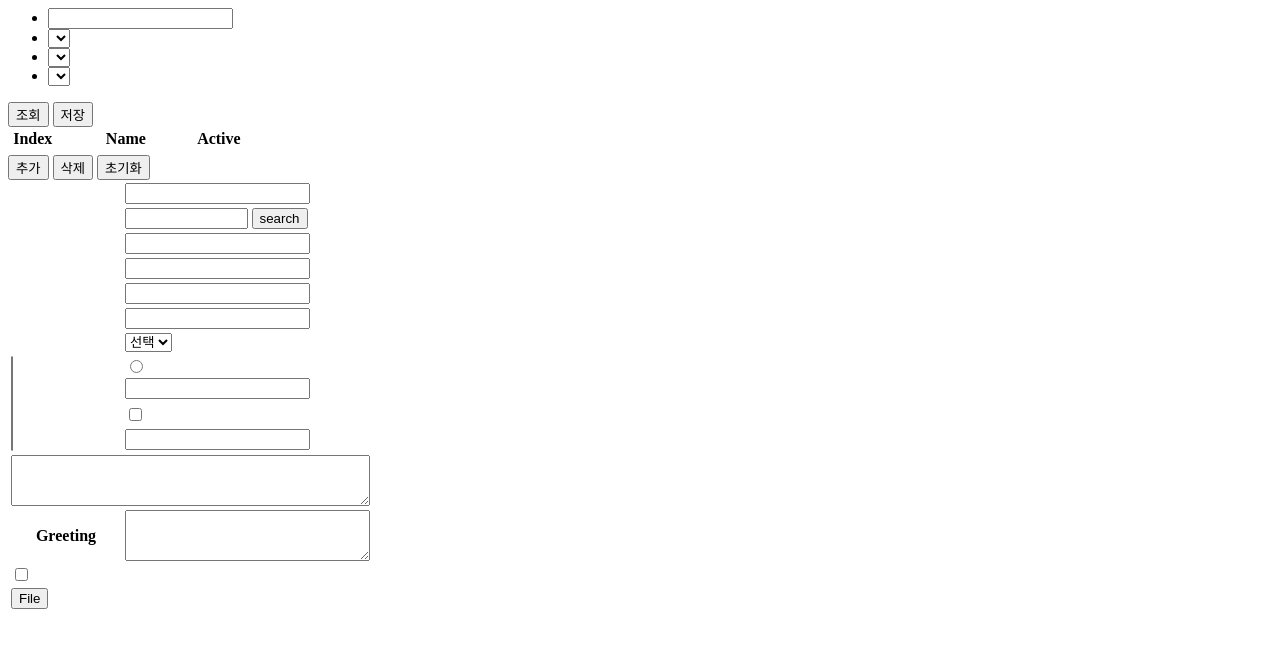
Repository: bbalganjjm/natural_js_boot
Page: src/main/resources/static/html/com/app/sample/type0401.html
An editor plug-in stored every save of this project. The page is shown before and after the next save, followed by the edit.
The browser window is 1280 px wide. The pictures show the whole page.

Above is the page before, as saved 2021-03-17 18:11:19.
Console error: ReferenceError: N is not defined

### src/main/resources/static/html/com/app/sample/type0401.html
<article class="type0401">
    <div id="search" class="form__">
        <div class="criteria-panel">
            <ul>
                <li><input id="name" type="text" class="mdc-text-field" data-type="filled" data-label="Name"></li>
                <li><select id="age" class="mdc-njs-select" data-label="Age"><option value=""></option></select></li>
                <li><select id="gender" class="mdc-njs-select" data-label="Gender"><option value=""></option></select></li>
                <li><select id="eyeColor" class="mdc-njs-select" data-label="Eye Color"><option value=""></option></select></li>
            </ul>
        </div>
    </div>

    <div class="flex-horizental">
        <div style="max-width: 33%;">
            <div class="btn-panel">
                <button id="btnSearch" class="btn-search mdc-button mdc-button--raised" data-icon="youtube_searched_for">조회</button>
                <button id="btnSave" class="mdc-button" data-icon="save_alt">저장</button>
            </div>
            <table id="master" class="grid__">
                <colgroup>
                    <col style="width: 20%;">
                    <col style="width: 60%;">
                    <col style="width: 20%;">
                </colgroup>
                <thead>
                    <tr>
                        <th>Index</th>
                        <th>Name</th>
                        <th>Active</th>
                    </tr>
                </thead>
                <tbody>
                    <tr>
                        <td id="index" style="text-align: center;"></td>
                        <td id="name"></td>
                        <td id="isActive" style="text-align: center;"></td>
                    </tr>
                </tbody>
            </table>
        </div>

        <div>
            <div class="btn-panel">
                <button id="btnAdd" class="mdc-button" data-icon="playlist_add">추가</button>
                <button id="btnDelete" class="mdc-button" data-icon="delete_sweep">삭제</button>
                <button id="btnRevert" class="mdc-button" data-icon="restart_alt">초기화</button>
            </div>
            <table id="detail" class="form__">
                <tbody>
                    <tr>
                        <td rowspan="7" style="text-align: center; vertical-align: middle;"><img
                            src="data:[embedded picture, 60 characters]" height="110"></td>
                        <td><input id="name" type="text" data-validate='[["required"]]'></td>
                    </tr>
                    <tr>
                        <td>
                            <input id="deptNm" type="text" data-validate='[["required"]]' style="width: 50%;" readonly="readonly">
                            <button id="btnDept" class="mdc-icon-button mdc-icon-button--mini">search</button>
                        </td>
                    </tr>
                    <tr>
                        <td><input id="email" type="text" data-validate='[["required"], ["email"]]'></td>
                    </tr>
                    <tr>
                        <td><input id="key" type="text" data-format='[["generic", "@@＊＊＊＊＊＊"]]' data-validate='[["required"]]'></td>
                    </tr>
                    <tr>
                        <td><input id="balance" type="text" data-format='[["numeric", "$#,###.##0"]]' data-validate='[["required"], ["number"]]'></td>
                    </tr>
                    <tr>
                        <td><input id="phone" type="text" data-validate='[["required"]]'></td>
                    </tr>
                    <tr>
                        <td><select id="eyeColor" data-validate='[["required"]]'><option>선택</option></select></td>
                    </tr>
                    <tr>
                        <td rowspan="4"><select id="company" multiple="multiple" data-validate='[["required"]]' style="height: 95px;"></select></td>
                        <td><input id="gender" type="radio"></td>
                    </tr>
                    <tr>
                        <td><input id="age" type="text" data-validate='[["required"], ["integer"]]'></td>
                    </tr>
                    <tr>
                        <td><input id="favoriteFruit" type="checkbox" data-validate='[["required"]]'></td>
                    </tr>
                    <tr>
                        <td><input id="registered" type="text" data-format='[["date", 8, "date"]]' data-validate='[["required"]]'></td>
                    </tr>
                    <tr>
                        <td colspan="3"><textarea id="about" style="width: 100%;" rows="3" data-validate='[["required"]]' class="mdc-text-field" title="About"></textarea></td>
                    </tr>
                    <tr>
                        <th>Greeting</th>
                        <td colspan="3"><textarea id="greeting" style="width: 100%;" rows="3" data-validate='[["required"]]' class="mdc-text-field" title="Greeting"></textarea></td>
                    </tr>
                    <tr>
                        <td colspan="3"><input id="isActive" type="checkbox"></td>
                    </tr>
                    <tr>
                        <td colspan="3"><button id="btnFile" class="mdc-button mdc-button--outlined" data-icon="file_present">File</button></td>
                    </tr>
                </tbody>
            </table>
        </div>
    </div>
</article>

<script type="text/javascript">
(function() {

    var cont = N(".type0401").cont({
        "p.select.gender" : [ "gender" ],
        "p.select.eyeColor" : [ "eyeColor" ],
        "p.select.company" : [ "company" ],
        "p.select.favoriteFruit" : [ "favoriteFruit" ],
        "p.select.age" : [ "c.getCommonCodeList", "age", "age", function(data) {
            return N(N.array.deduplicate(data, "age")).datasort("age");
        }],
        "p.form.search" : {
            "usage" : {
                "search-box" : {
                    "defaultButton" : ".btnSearch",
                    "events" : [{
                        "event" : "focusin",
                        "target" : "#name",
                        "handler" : function(e) {
                            N.log(e);
                        }
                    }]
                }
            }
        },
        "p.form.detail" : {
            revert : true,
            autoUnbind : true
        },
        "p.grid.master" : {
            height : 442,
            select : true,
            selectScroll : false,
            onSelect : function(index, rowEle, data, beforeRow, e) {
                // TODO 전처리

                APP.comm.utils.selectNBind.call(this, {
                    cont : cont,
                    form : "p.form.detail"
                });

                // 파일 요약 목록 생성
                if(data.length > 0) {
                    APP.comm.utils.getFileSummaryList(cont["p.form.detail"].val("fileId"), "fileName", 60, cont["e.btnFile.click"]);
                }

                // TODO 후처리
            },
            onBind : function(context, data, isFirstPage, isLastPage) {
                if(isFirstPage) {
                    this.select(0);
                }
            }
        },
        "p.popup.dept" : {
            url : "html/com/app/sample/type04P0.html",
            onOpen : "onOpen",
            onClose : function(onCloseData) {
                if (onCloseData) {
                    cont["p.form.detail"]
                    .val("deptNm", onCloseData.deptNm)
                    .val("deptCd", onCloseData.deptCd);
                }
            }
        },
        /**
         * 공통 파일 팝업.
         */
        "p.popup.file" : {
            onClose : function(onCloseData) {
                if(onCloseData) {
                    cont["p.form.detail"].val("fileId", onCloseData.fileId);

                	// 파일 요약 목록 생성
                    APP.comm.utils.createFileSummaryList(onCloseData.downloadList, "fileName", 60, cont["e.btnFile.click"]);
                }
            }
        },
        "c.getCommonCodeList" : function() {
            return N.comm("sample/getSampleList.json");
        },
        "c.getSampleList" : function() {
            return cont["p.form.search"].data(false).comm("sample/getSampleList.json");
        },
        "c.saveSample" : function() {
            return N(cont["p.grid.master"].data("modified")).comm({
                dataIsArray : true,dataIsArray : true, // Array 타입의 여러 행데이터가 1 개 일때는 자동으로 Object로 변환됩니다. 자동으로 변환되지 않게 하려면 dataIsArray 옵션을 true로 지정해 주세요.
                url : "sample/saveSample.json"
            });
        },
        "e.btnSearch.click" : function(e) {
            e.preventDefault();

            if (cont["p.form.search"].validate()) {
                cont["c.getSampleList"]().submit(function(data) {
                    // N.grid bind
                    cont["p.grid.master"].bind(data);
                });
            }
        },
        "e.btnDept.click" : function(e) {
            e.preventDefault();
            cont["p.popup.dept"].open(cont["p.form.detail"].data(true)[0]);
        },
        "e.btnSave.click" : function(e) {
            e.preventDefault();

            return APP.comm.utils.save.call(this, {
                cont : cont,
                comm : "c.saveSample",
                changed : "p.grid.master",
                validate : "p.form.detail",
                before : function() {
                    // TODO
                },
                after : function(data) {
                    cont["e.btnSearch.click"].click();
                }
            });
        },
        "e.btnAdd.click" : function(e) {
            e.preventDefault();

            if (cont["p.form.detail"].validate()) {
                cont["p.form.detail"].add();
            }
        },
        "e.btnDelete.click" : function(e) {
            e.preventDefault();

            cont["p.form.detail"].remove();
        },
        "e.btnRevert.click" : function(e) {
            e.preventDefault();

            if (cont["p.grid.master"].data("modified").length === 0) {
                N(window).alert(N.message.get(APP.comm.messages, "COMM-0001")).show();
                return false;
            }

            cont["p.form.detail"].revert();
        },
        "e.btnFile.click" : function(e) {
            e.preventDefault();

            cont["p.popup.file"].open(cont["p.form.detail"].val("fileId"));
        },
        init : function(view, request) {
			// cont.opener는 탭이 포함된 부모페이지의 Controller Object.
            if(cont.opener) {
                cont["p.form.search"].context().hide().prev("h3").hide().prev(".view-intro").hide();
				// 부모 페이지 컨트롤러의 검색 버튼 클릭
                cont.opener["e.btnSearch.click"].click();
            } else {
                cont["e.btnSearch.click"].click();
            }
        }
    });

})();
</script>

After the next save:
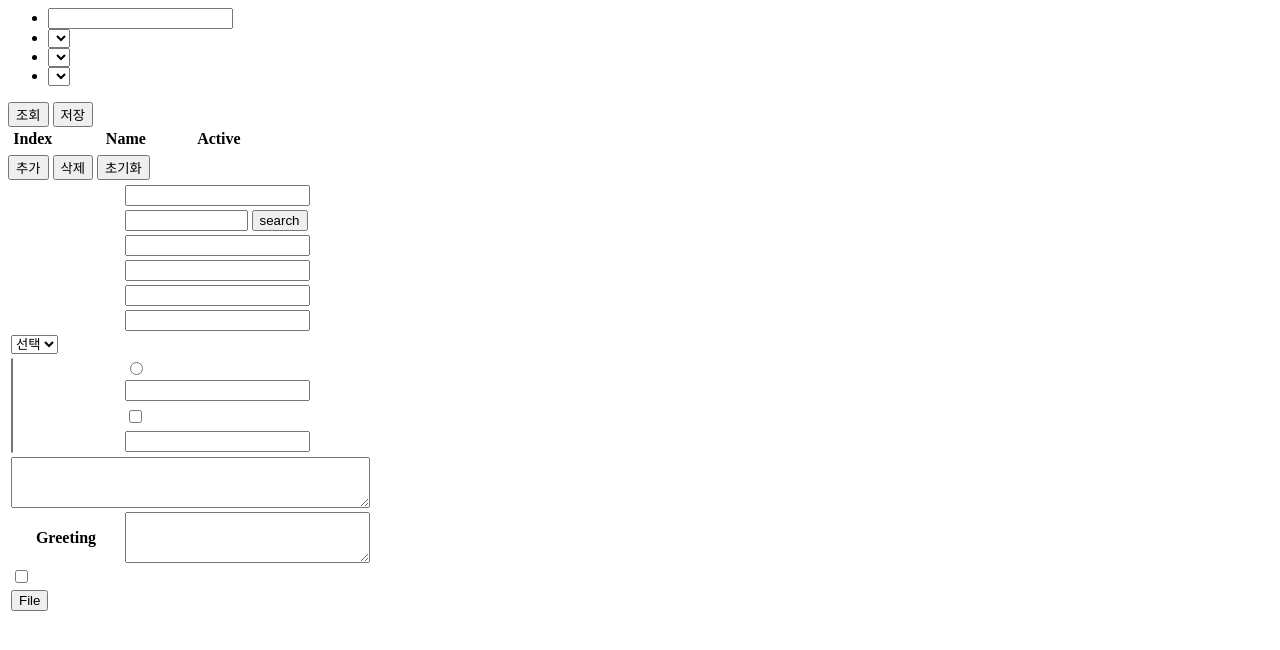
Saved 30 s later.
--- a/src/main/resources/static/html/com/app/sample/type0401.html
+++ b/src/main/resources/static/html/com/app/sample/type0401.html
@@ -50,6 +50,8 @@
                     <tr>
                         <td rowspan="7" style="text-align: center; vertical-align: middle;"><img
                             src="data:[embedded picture, 60 characters]" height="110"></td>
+                    </tr>
+                    <tr>
                         <td><input id="name" type="text" data-validate='[["required"]]'></td>
                     </tr>
                     <tr>
